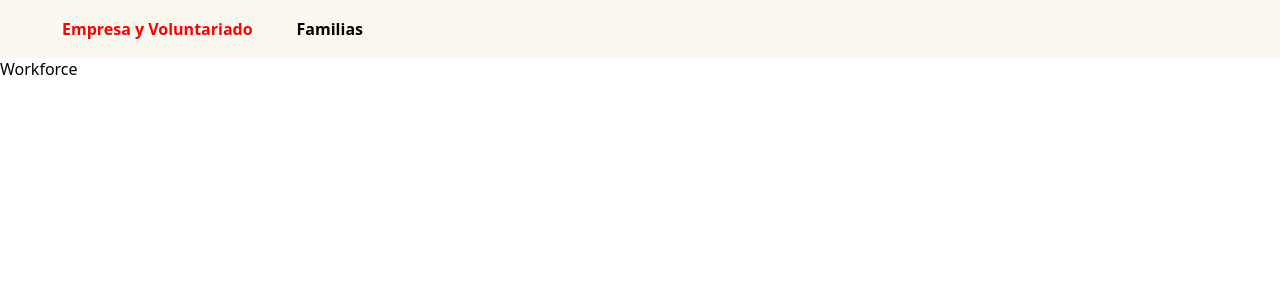
Repository: Synergy-club/reconstruction
Page: /
An editor plug-in stored every save of this project. The page is shown before and after the next save, followed by the edit.
The browser window is 1280 px wide. The pictures show the whole page.
The project was rebuilt for these pictures with package versions that can differ from the ones it lists, and the page was loaded fresh each time. Also part of the build but not shown: vite.config.js, src/views/Families/Families.jsx.

Above is the page before, as saved 2024-12-10 02:02:51.

### index.html
<!DOCTYPE html>
<html lang="en">
  <head>
    <meta charset="UTF-8" />
    <link rel="icon" type="image/svg+xml" href="/vite.svg" />
    <meta name="viewport" content="width=device-width, initial-scale=1.0 user-scalable=no" />
    <meta name="description" content="Agrupación de profesionales de primer nivel de los sectores de la logística, arquitectura y construcción unidos para gestionar y coordinar los esfuerzos de reconstrucción tras las inundaciones. Garantizando la trazabilidad y transparencia de las donaciones.
      La emisión de certificados inmediatos de donaciones así como los reconocimientos al voluntariado se harán bajo el paraguas de Fundación Synergy Club internacional, una plataforma abierta que suma acciones de asociaciones y fundaciones. Siempre y todas ellas sin ninguna vinculación política y sin ánimo de lucro.
      Esta iniciativa está abierta a todos los profesionales, voluntarios y héroes vecinales que necesitan o pueden aportar recursos eficientes y de calidad para la reconstrucción.
      Nos apoyamos y promovemos las agrupaciones improvisadas de vecinos de las zonas afectadas por la catástrofe que han reaccionado y son un referente de ayuda inmediata y conocimiento real de las situaciones de sus vecinos."
    />
    <meta name="author" content="Synergy Clubs International" />
    <title>Reconstrucción Valencia</title>
  </head>
  <body>
    <div id="root"></div>
    <script type="module" src="/src/main.jsx"></script>
  </body>
</html>

### src/main.jsx
import { StrictMode } from 'react'
import { createRoot } from 'react-dom/client'
import { BrowserRouter } from 'react-router-dom'
import './assets/global-style/style.css'
import App from './App.jsx'
import { ReducerProvider } from './contexts/ReducerContext.jsx'
import { ReferenceProvider } from './contexts/ReferenceContext.jsx'

createRoot(document.getElementById('root')).render(
  <StrictMode>
    <BrowserRouter>
      <ReducerProvider>
        <ReferenceProvider>
          <App />
        </ReferenceProvider>
      </ReducerProvider>
    </BrowserRouter>
  </StrictMode>
)

### src/assets/global-style/style.css
:root {
  /* BACKGROUND COLOR */
  --sci-bg-dark: #222222;
  --sci-bg-white: #ffffff;
  --sci-primary-blue: #78b3ce;
  --sci-light-blue: #c9e6f0;
  --sci-light-cream: #fbf8ef;
  --sci-accent-orange: #f96e2a;

  /*FONT*/
  --sci-font-main: sans-serif;

  /*COLOR TEXT*/
  --sci-text-dark: #222222;
  --sci-text-white: #ffffff;
  --sci-text-orange: #f96e2a;

  /*SPACING AND ROUNDED*/
  --sci-spacing-xs: 8px;
  --sci-spacing-s: 12px;
  --sci-spacing-m: 16px;
  --sci-spacing-l: 24px;
  --sci-spacing-xl: 48px;

  /*FONT SIZE*/
  --sci-font-size-xs: 12px;
  --sci-font-size-s: 16px;
  --sci-font-size-m: 18px;
  --sci-font-size-l: 22px;
  --sci-font-size-xl: 28px;
}
* {
  margin: 0;
  padding: 0;
  box-sizing: border-box;
  font-family: system-ui, -apple-system, BlinkMacSystemFont, 'Segoe UI', Roboto,
    Oxygen, Ubuntu, Cantarell, 'Open Sans', 'Helvetica Neue', sans-serif;
}

html {
  scroll-behavior: smooth;
}
h1,
h2,
h3,
h4,
h5 {
  font-size: var(--sci-font-size-xl);
}
p,
button,
li {
  font-size: var(--sci-font-size-m);
}

ul {
  list-style-type: disc;
  padding-left: 20px;
}
a {
  text-decoration: none;
}
.button {
  cursor: pointer;
  background: none;
  padding: var(--sci-spacing-xs) var(--sci-spacing-s);
  border: none;
  color:var(--sci-text-dark);
  transition: all 0.2s ease-in;
  display: flex;
  justify-content: center;
  align-items: center;
  gap: 8px;
  font-weight: 600;
}

.button:hover {
  color:var(--sci-text-orange);

}

@keyframes fadeInUp {
  0% {
    opacity: 0;
    transform: translateY(20px);
  }
  100% {
    opacity: 1;
    transform: translateY(0);
  }
}

.fadeIn {
  opacity: 1;
  animation: fadeInUp 0.5s ease-in;
}

@keyframes show {
  from {
    opacity: 0;
    scale: 50%;
  }
  to {
    opacity: 1;
    scale: 100%;
  }
}

@media (max-width: 850px) {
  h1,
  h2,
  h3,
  h4,
  h5 {
    font-size: var(--sci-font-size-xl);
  }

  button,
  li,
  p {
    font-size: var(--sci-font-size-s);
    line-height: 20px;
  }
}

@media (max-width: 400px) {
  h1,
  h2,
  h3,
  h4,
  h5 {
    font-size: var(--sci-font-size-xl);
  }
  li,
  button,
  a {
    font-size: var(--sci-font-size-s);
  }
  p {
    font-size: 14px;
  }
}

### src/App.jsx
import { Route, Routes } from 'react-router-dom'
import Layout from './layout/Layout'
import Workforce  from './views/Workforce/Workforce '
import Families from './views/Families/Families'
import NotFound from './views/404/NotFound'

const App = () => {
  return (
    <Routes>
      <Route path='/' element={<Layout />}>
        <Route index element={<Workforce  />} />
        <Route path='familias' element={<Families />} />
        {/*ERROR LINK*/}
        <Route path='*' element={<NotFound />} />
        <Route />
      </Route>
    </Routes>
  )
}

export default App

### src/contexts/ReducerContext.jsx
import { createContext } from 'react'

export const ReducerContext = createContext()
export const ReducerProvider = ({children}) => {
  return (
    <ReducerContext.Provider value={{}}>{ children }</ReducerContext.Provider>
  )
}

### src/contexts/ReferenceContext.jsx
import { createContext } from 'react'

export const ReferenceContext = createContext()

export const ReferenceProvider = ({ children }) => {
  return <ReferenceContext.Provider value={{}}>{children}</ReferenceContext.Provider>
}

### src/layout/Layout.jsx

import { Fragment } from 'react'
import { Outlet } from 'react-router-dom'
import Header from '../components/Header/Header'

const Layout = () => {
  return (
    <Fragment>
    <header><Header /></header>
    <div>
      <Outlet />

    </div>
    </Fragment>
  )
}

export default Layout

### src/views/Workforce/Workforce .jsx
const Workforce = () => {
  return <div>Workforce </div>
}

export default Workforce

### src/views/404/NotFound.jsx
import React, { useEffect } from 'react'
import { useNavigate } from 'react-router-dom'

const NotFound = () => {
  const navigate = useNavigate()
  useEffect(() => {
    const timeout = setTimeout(() => {
      navigate('../')
    }, 300)
    return () => clearTimeout(timeout)
  }, [navigate])
}

export default NotFound

### src/components/Header/Header.jsx
import { NavLink } from 'react-router-dom'
import './Header.css'

const Header = () => {
  return (
    <nav className='nav__container'>
      <NavLink
        to='/'
        className={({ isActive }) =>
          `button ${
            isActive ? 'nav__content-link active' : 'nav__content-link'
          }`
        }
      >
        Empresa y Voluntariado
      </NavLink>
      <NavLink
        to='/familias'
        className={({ isActive }) =>
          `button ${isActive ? 'nav__content-link active' : 'nav__content-link'
          }`
        }
      >
        Familias
      </NavLink>
    </nav>
  )
}

export default Header

### src/components/Header/Header.css
.nav__container{
  width:100%;
  padding: 10px 50px;
  background-color: var(--sci-light-cream);
  display: flex;
  justify-content: start;
  align-items: center;
  gap:20px;
}

.nav__content-link {
  color: black;
  text-decoration: none;
}

.nav__content-link.active {
  color: red; /* Cambia a tu color preferido */
}

### src/components/Card/Card.jsx
import React from 'react'

const Card = () => {
  return (
    <div></div>
  )
}

export default Card

After the next save:
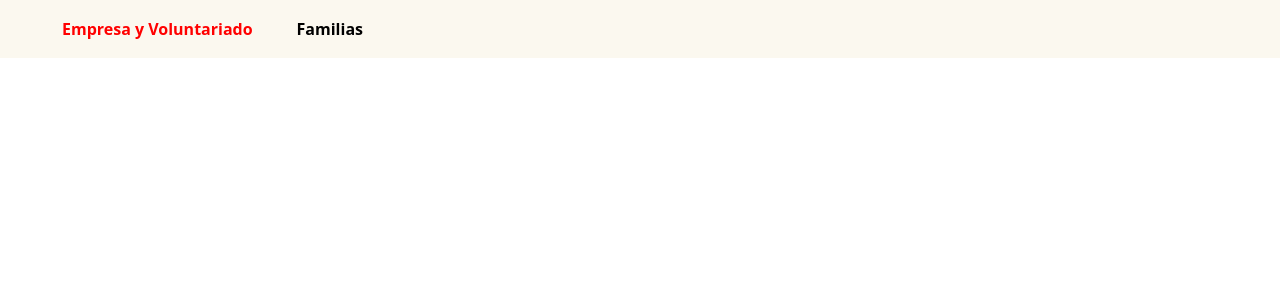
Saved 5 s later.
--- a/src/views/Workforce/Workforce .jsx
+++ b/src/views/Workforce/Workforce .jsx
@@ -1,5 +1,11 @@
+import Card from "../../components/Card/Card"
+
 const Workforce = () => {
-  return <div>Workforce </div>
+  return <div>
+    <div>
+      <Card />
+    </div>
+  </div>
 }
 
 export default Workforce
